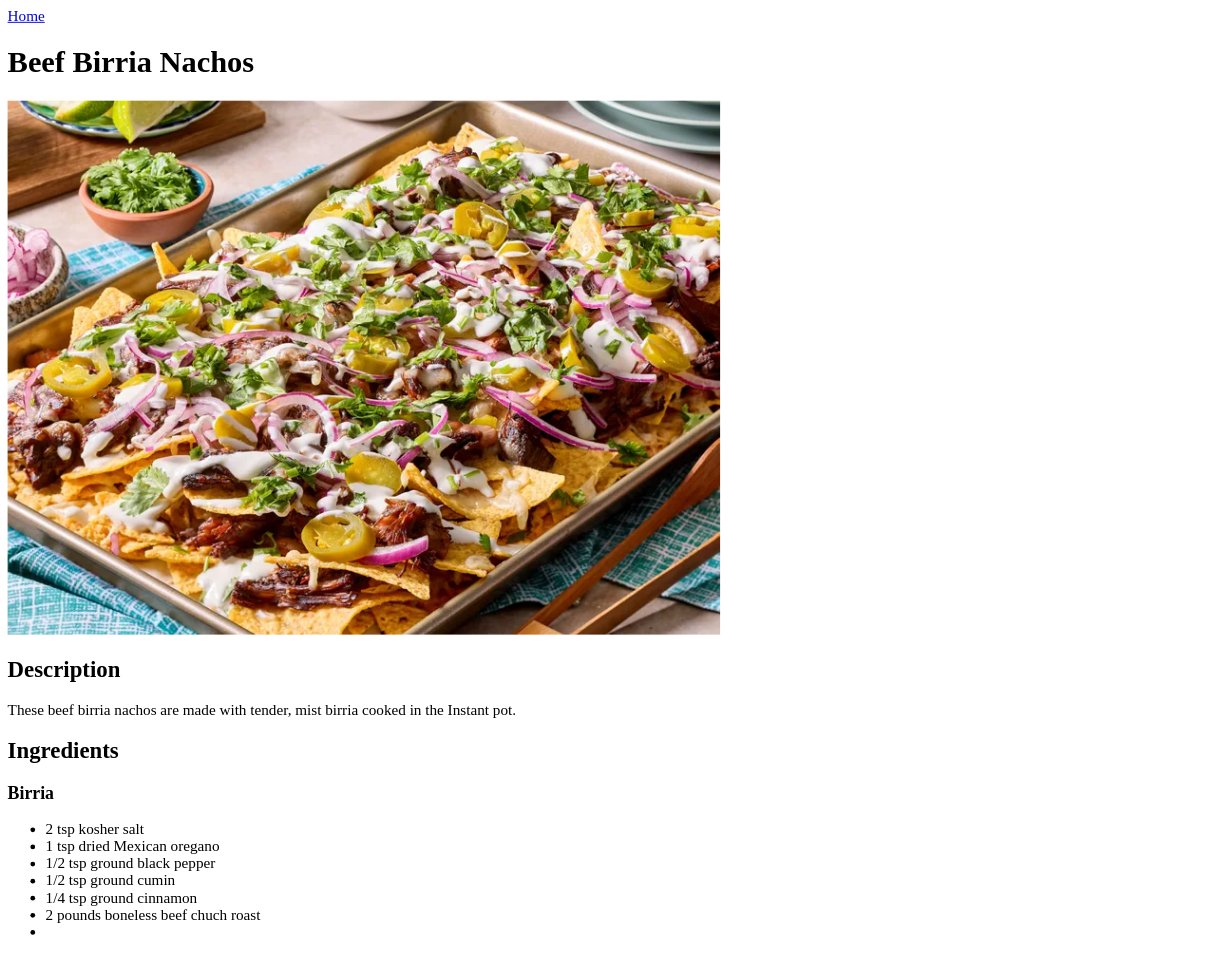
Repository: itsDevAK/odin-recipes
Page: recipes/nachos.html
The author's editor kept a copy of each file at every save. The page is drawn from the files as they stood at one save, then again after a run of saves.
The browser window is 1280 px wide. The pictures show the whole page, at 95% of full size.

Above is the page before, as saved 2026-09-17 10:22:18.

After the next 7 saves:
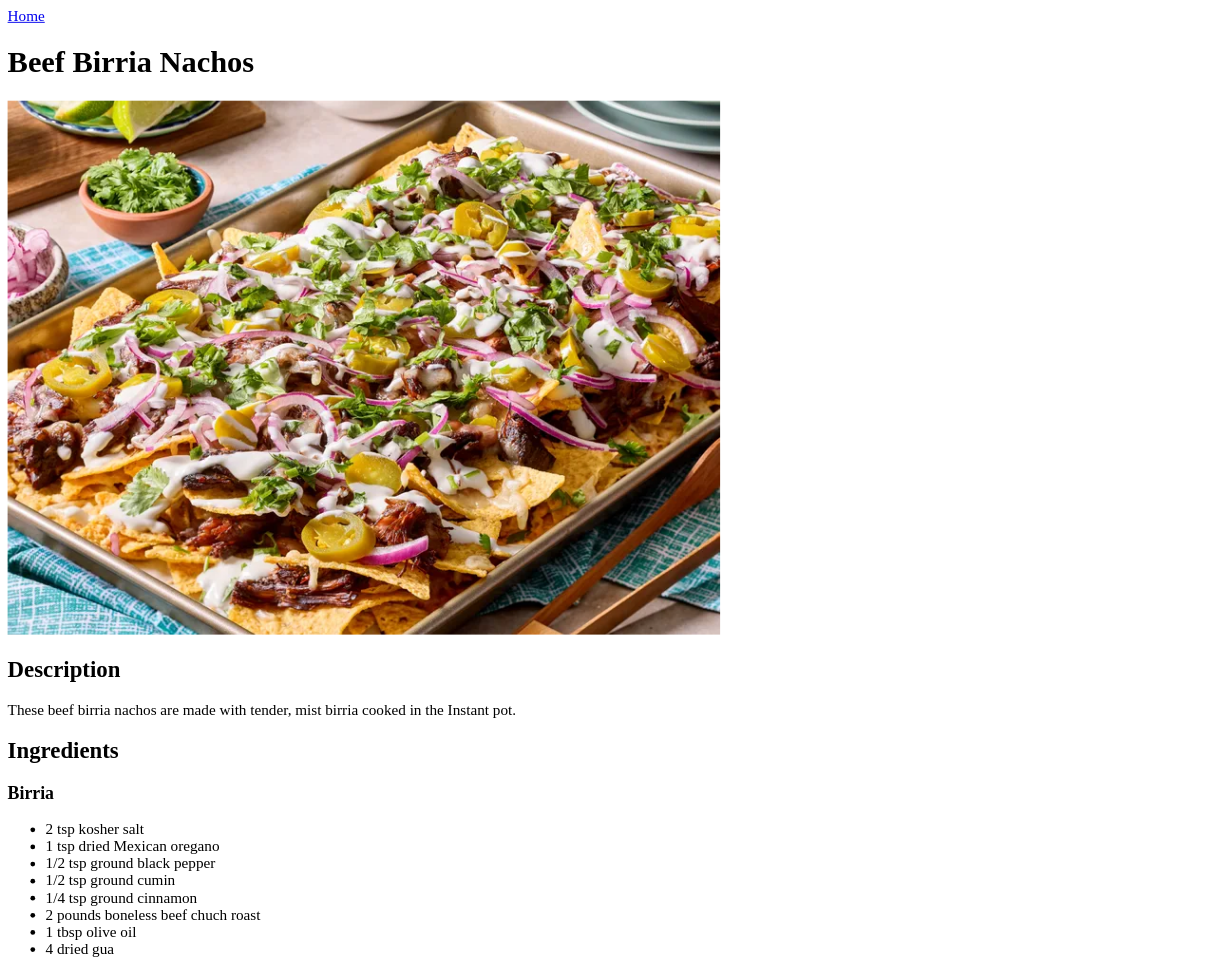
The 7 saves are shown as one change because they came seconds apart.
The last was saved 21 s later.
--- a/recipes/nachos.html
+++ b/recipes/nachos.html
@@ -20,7 +20,8 @@
         <li>1/2 tsp ground cumin</li>
         <li>1/4 tsp ground cinnamon</li>
         <li>2 pounds boneless beef chuch roast</li>
-        <li></li>
+        <li>1 tbsp olive oil</li>
+        <li>4 dried gua</li>
     </ul>
 </body>
 </html>
